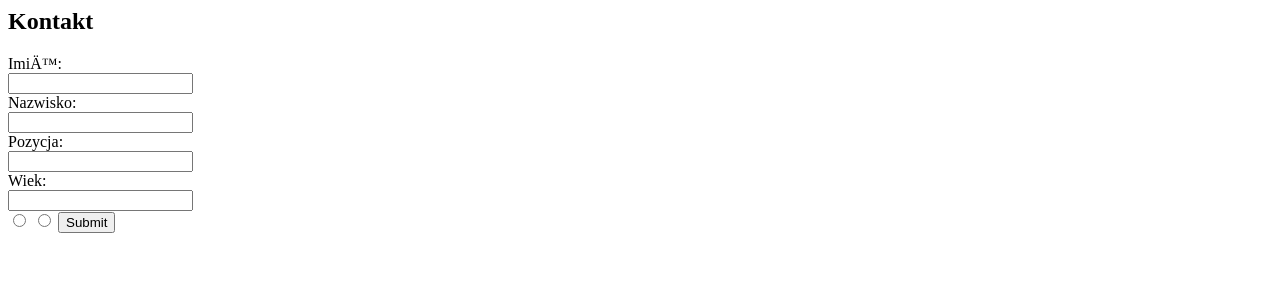
Repository: RafalSl/Java-Spring-Bootcamp-Excercises
Page: http://localhost/FirstPackage/contact
These files come from the project's save history. The page is drawn as it stood at one moment and after the next save; the edit follows.
The browser window is 1280 px wide. The pictures show the whole page.
The page is served by Tomcat 9.

Above is the page before, as saved 2017-06-07 14:38:23.

After the next save:
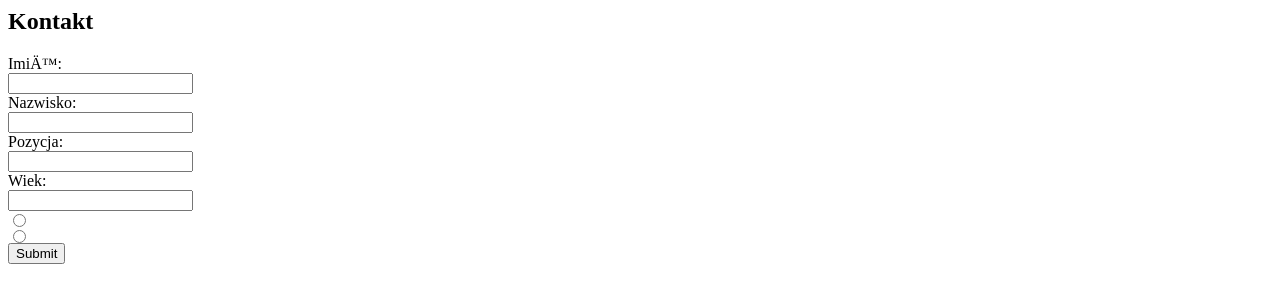
Saved 54 s later.
--- a/FirstPackage/src/main/webapp/WEB-INF/views/contact.jsp
+++ b/FirstPackage/src/main/webapp/WEB-INF/views/contact.jsp
@@ -10,8 +10,8 @@ Pozycja:<br>
 <input type="text"><br>
 Wiek:<br>
 <input type="text"><br>
-<input type="radio" value="Kobieta">
-<input type="radio" value="Mężczyzna">
+<input type="radio" name="plec" value="Kobieta"><br>
+<input type="radio" name="plec" value="Mężczyzna"><br>
 <input type="submit">
 </form>
 
